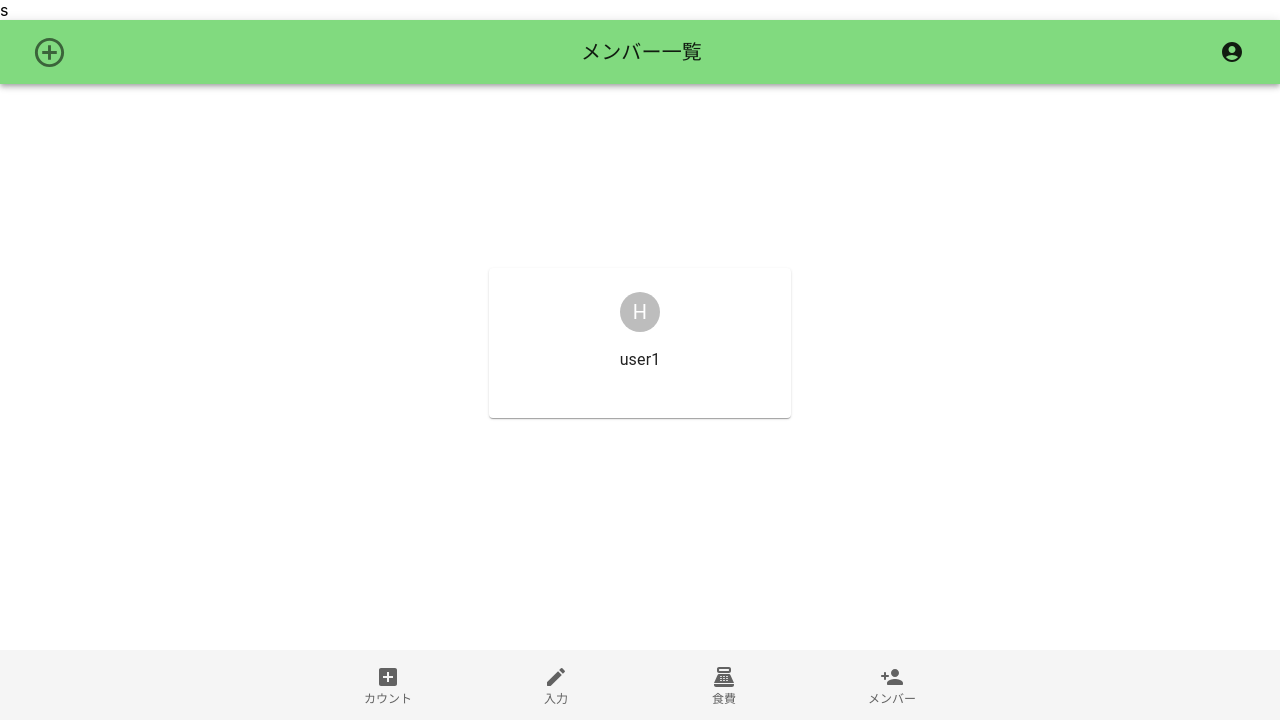
Repository: motohiro0410/motsufood
Page: /users (app in frontend/)
These files come from the project's save history. The page is drawn as it stood at one moment and after the next save; the edit follows.
The browser window is 1280 px wide. The pictures show the whole page.
The page's requests for data from a server got no answer. The project was rebuilt for these pictures with package versions that can differ from the ones it lists, and the page was loaded fresh each time. No one was signed in, and anything a server would have sent is missing. Also part of the build but not shown: frontend/src/App.css, frontend/src/components/pages/Login.tsx, frontend/src/components/organisms/MainHeader.tsx, frontend/src/components/pages/Count.tsx, frontend/src/components/pages/Money.tsx, frontend/src/components/organisms/SignInHeader.tsx, frontend/src/components/pages/SignIn.tsx, frontend/src/components/pages/Page404.tsx and 1 more.

Above is the page before, as saved 2022-08-13 21:21:13.

After the next save:
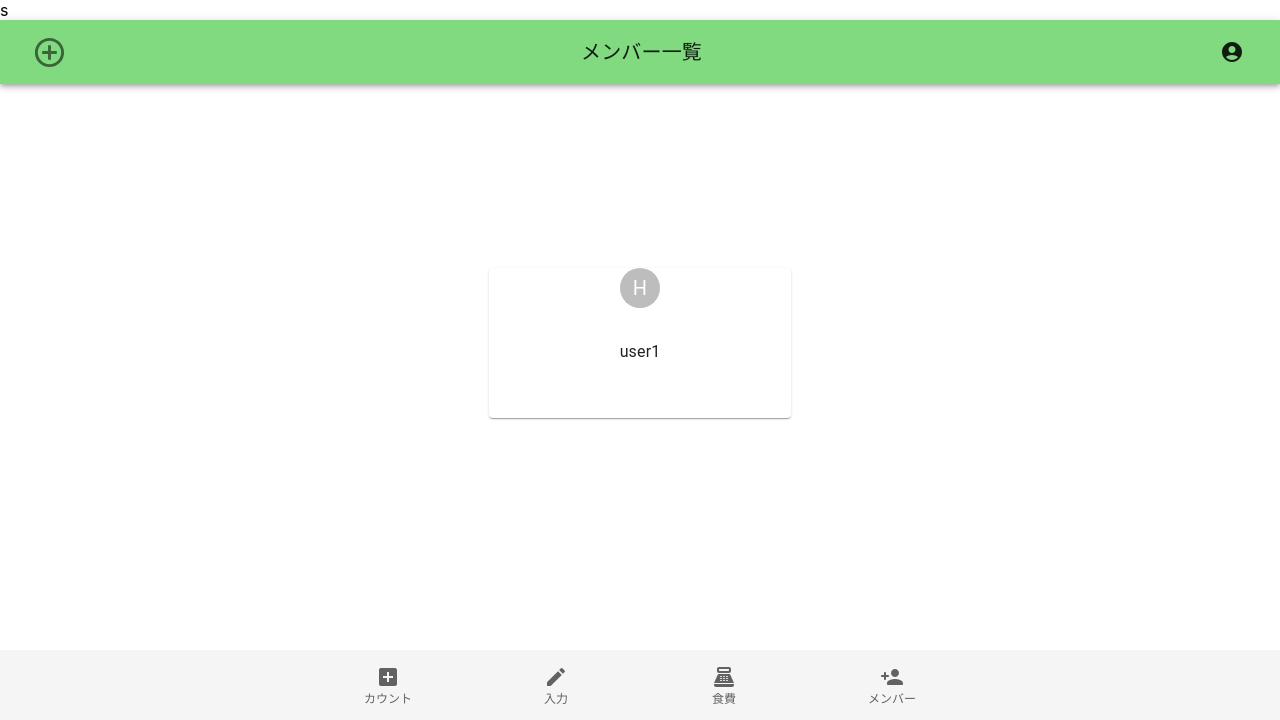
Saved 38 s later.
--- a/frontend/src/components/pages/Users.tsx
+++ b/frontend/src/components/pages/Users.tsx
@@ -25,7 +25,7 @@ export const Users: FC = memo(() => {
         <Grid container justifyContent="center" spacing={3} sx={{ mt: 20 }} wrap="wrap" >
             <Grid item xs={3} sm={3}>
               <Card sx={{ height: 150 }}>
-                <Stack alignItems="center" direction="column">
+                <Stack alignItems="center" direction="column" spacing={2}>
                   <Avatar sx={{mt: 3}}>H</Avatar>
                   <CardContent>
                     <Typography>
